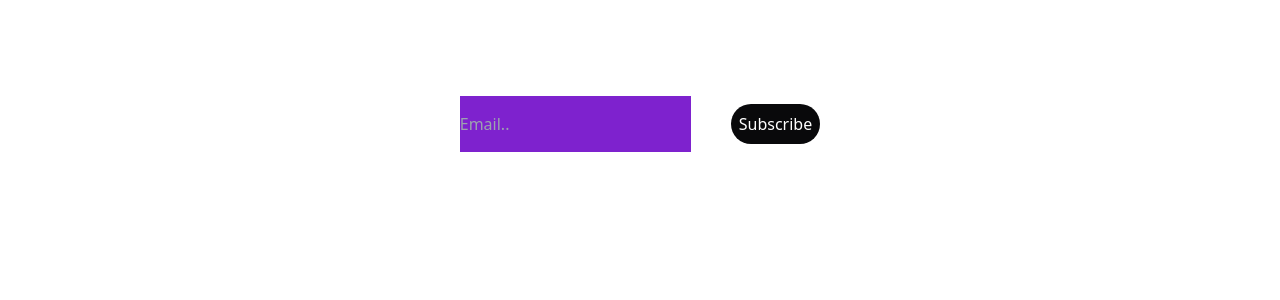
Repository: Semanmernstack/mailchimp-newsletter
Page: /
An editor plug-in stored every save of this project. The page is shown before and after the next save, followed by the edit.
The browser window is 1280 px wide. The pictures show the whole page.
The project was rebuilt for these pictures with package versions that can differ from the ones it lists, and the page was loaded fresh each time. The framework's server and built-in components were replaced by stand-ins that run in the browser. Also part of the build but not shown: next.config.js.

Above is the page before, as saved 2023-05-24 05:09:19.

### app/layout.tsx
import './globals.css'




export const metadata = {
  title: 'Create Next App',
  description: 'Generated by create next app',
}

export default function RootLayout({
  children,
}: {
  children: React.ReactNode
}) {
  return (
    <html lang="en">
      <body> {children}</body>
    </html>
  )
}

### app/page.tsx
import Mailing from "./components/Mailing";


export default function Home() {
  return (
    <main className="flex min-h-screen flex-col items-center justify-between p-24">

     <Mailing/>
    </main>
  )
}

### app/components/Mailing.tsx
"use client"
import React, { FormEvent, useRef, useState } from 'react'

function Mailing() {
    const [input, setInput] = useState("")
    const buttonRef = useRef<HTMLButtonElement>(null)



    const handleSubmit = (e: FormEvent<HTMLFormElement>) => {
        e.preventDefault()

    }
  return (
    <div>
        <form className="" onSubmit={handleSubmit}>
            <div>
                <input type="text"
                    placeholder='Email..'
                    value={input}
                    onChange={(e) => setInput(e.target.value)}
                    required
                    className="outline-none bg-purple-700 h-14 mr-10 border-none from-fuchsia-400 "

                 />
                 <button className="cursor-pointer text-white bg-zinc-950 p-2 rounded-3xl " type='submit' ref={buttonRef} disabled={!input}    >
                    Subscribe
                 </button>
            </div>

        </form>
    </div>
  )
}

export default Mailing

Loaded but not shown: app/globals.css (common file); tailwind.config.js (common file)

After the next save:
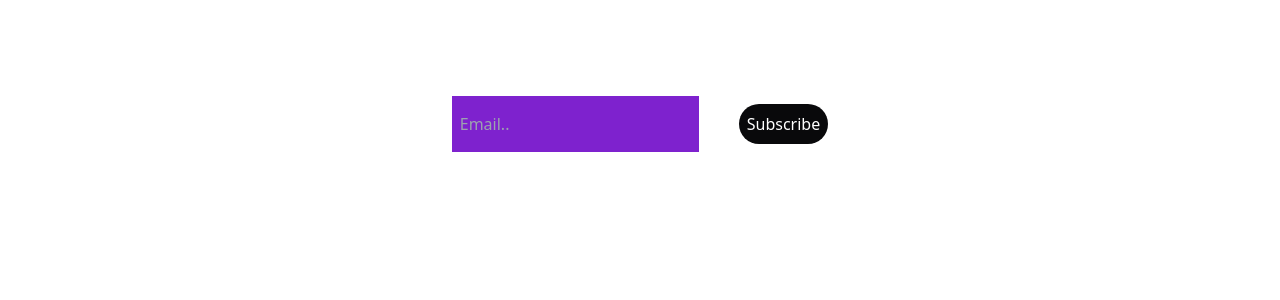
Saved 18 s later.
--- a/app/components/Mailing.tsx
+++ b/app/components/Mailing.tsx
@@ -20,7 +20,7 @@
                     value={input}
                     onChange={(e) => setInput(e.target.value)}
                     required
-                    className="outline-none bg-purple-700 h-14 mr-10 border-none from-fuchsia-400 "
+                    className="outline-none bg-purple-700 h-14 p-2 mr-10 border-none from-fuchsia-400 "
 
                  />
                  <button className="cursor-pointer text-white bg-zinc-950 p-2 rounded-3xl " type='submit' ref={buttonRef} disabled={!input}    >
